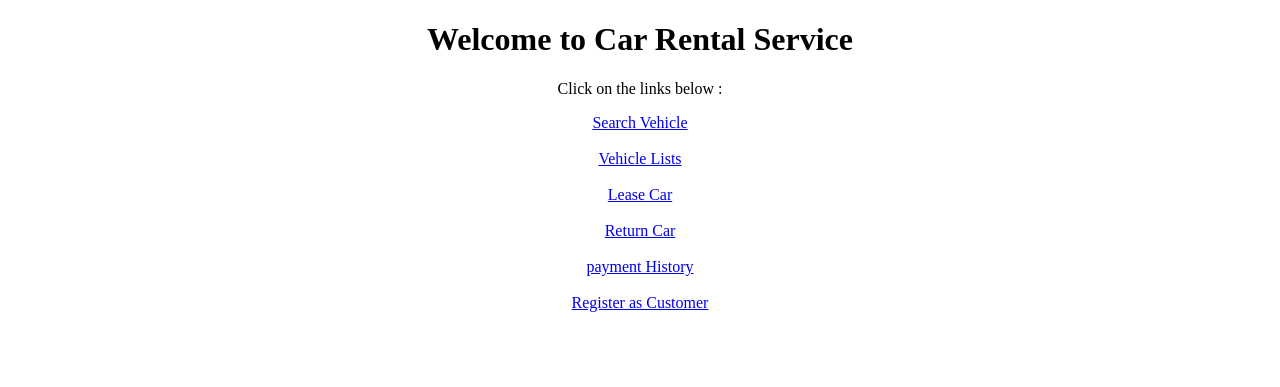
Repository: harsh23012/InfiniteProjects
Page: CarRent/carrent/src/main/webapp/UserPage.html
These files come from the project's save history. The page is drawn as it stood at one moment and after the next save; the edit follows.
The browser window is 1280 px wide. The pictures show the whole page.

Above is the page before, as saved 2025-05-05 18:06:58.

After the next save:
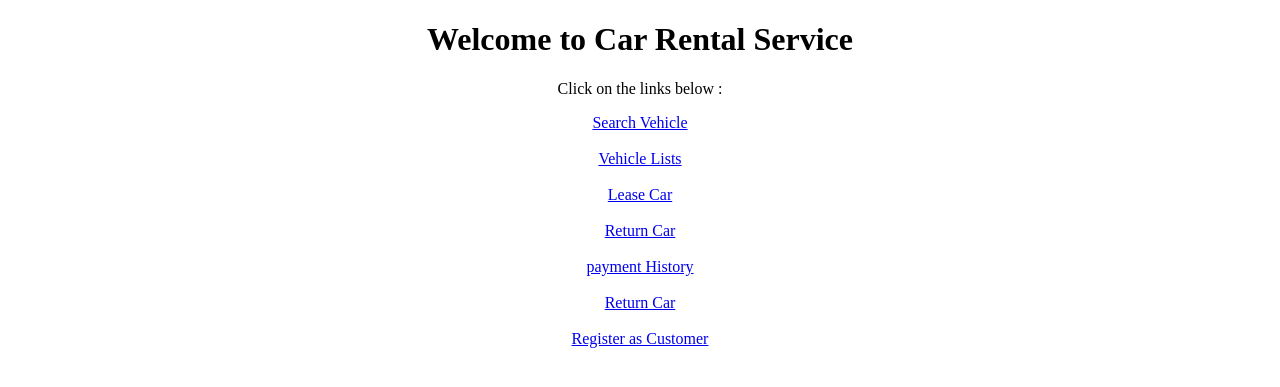
Saved 9 min 17 s later.
--- a/CarRent/carrent/src/main/webapp/UserPage.html
+++ b/CarRent/carrent/src/main/webapp/UserPage.html
@@ -27,6 +27,9 @@
         <!-- Link to see Payment Details -->
         <a href="PaymentDetailByCust.html">payment History</a><br><br>
 
+        <!-- Link to Return leased car -->
+        <a href="ReturnCar.html">Return Car</a><br><br>
+
         <!-- Link to add Customer -->
         <a href="AddCustomer.html">Register as Customer</a>
 
